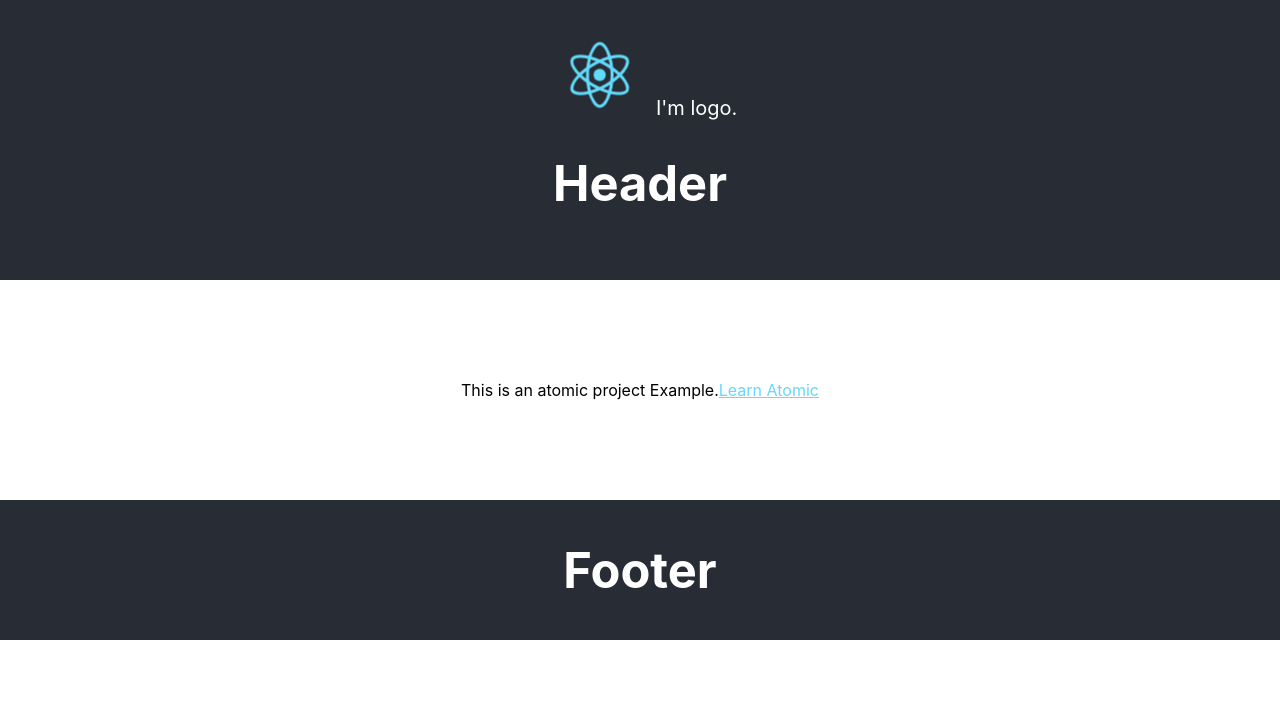
Repository: wewoor/atomic-example
Page: /
These files come from the project's save history. The page is drawn as it stood at one moment and after the next save; the edit follows.
The browser window is 1280 px wide. The pictures show the whole page.
The project was rebuilt for these pictures with package versions that can differ from the ones it lists, and the page was loaded fresh each time.

Above is the page before, as saved 2018-10-14 18:08:40.

After the next save:
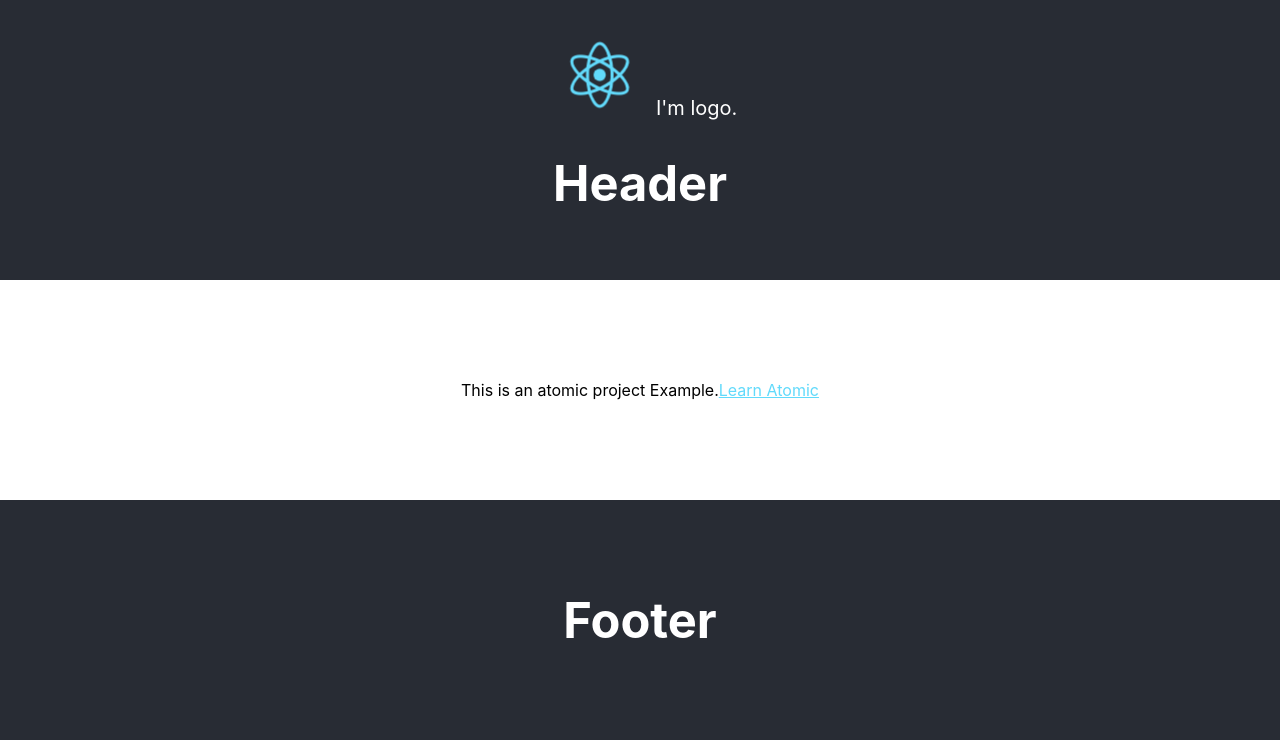
Saved 20 s later.
--- a/src/components/organisms/footer/style.css
+++ b/src/components/organisms/footer/style.css
@@ -6,7 +6,7 @@
     align-items: center;
     justify-content: center;
     font-size: calc(10px + 2vmin);
-    color: white;
-    height: 100px;
+    color: #ffffff;
+    height: 200px;
     padding: 20px;
 }
